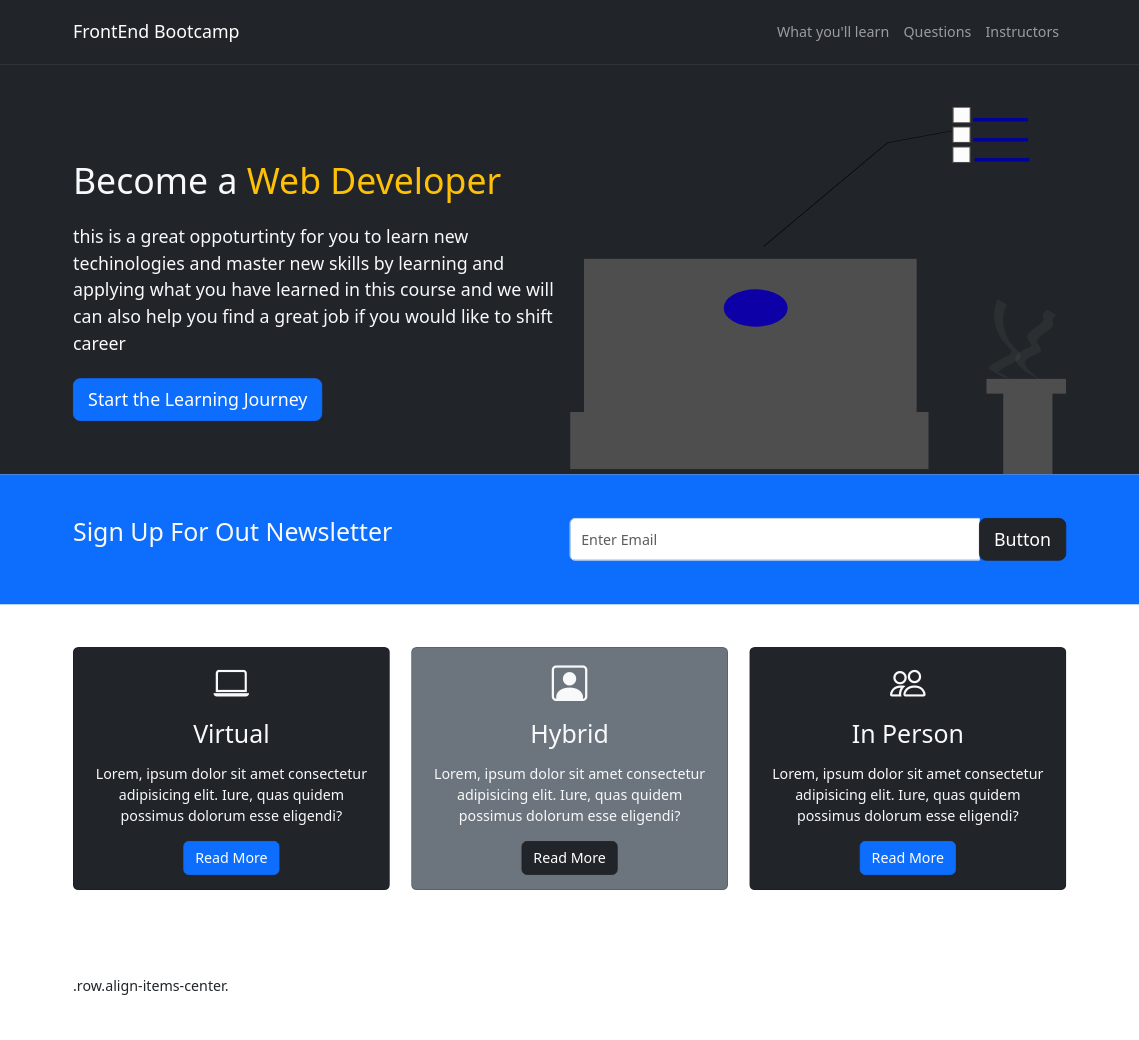
Repository: HaziimYassien/Front-End-BootCamp-__BootStrap-Project
Page: Front End BootCamp2/index.html
An editor plug-in stored every save of this project. The page is shown before and after a run of saves, followed by the edit.
The browser window is 1280 px wide. The pictures show the whole page, at 89% of full size.
Some web libraries are served in a nearby version.

Above is the page before, as saved 2024-01-12 03:39:47.

### Front End BootCamp2/index.html
<!DOCTYPE html>
<html lang="en">
  <head>
    <meta charset="utf-8" />
    <meta name="viewport" content="width=device-width, initial-scale=1" />
    <title>Frontend Bootcamp</title>
    <link
      href="https://cdn.jsdelivr.net/npm/bootstrap@5.3.2/dist/css/bootstrap.min.css"
      rel="stylesheet"
      integrity="sha384-T3c6CoIi6uLrA9TneNEoa7RxnatzjcDSCmG1MXxSR1GAsXEV/Dwwykc2MPK8M2HN"
      crossorigin="anonymous"
    />
    <link
      rel="stylesheet"
      href="https://cdn.jsdelivr.net/npm/bootstrap-icons@1.3.0/font/bootstrap-icons.css"
    />
    <link rel="stylesheet" href="style.css" />
  </head>
  <body>
    <!-- START _NavigationBar -->
    <nav class="navbar navbar-expand-lg bg-dark navbar-dark py-3">
      <div class="container">
        <a href="#" class="navbar-brand">FrontEnd Bootcamp</a>
        <button
          class="navbar-toggler"
          type="button"
          data-bs-toggle="collapse"
          data-bs-target="#navmenu"
        >
          <span class="navbar-toggler-icon"></span>
        </button>
        <div class="collapse navbar-collapse" id="navmenu">
          <ul class="navbar-nav ms-auto">
            <li class="nav-item">
              <a href="#learn" class="nav-link">What you'll learn</a>
            </li>
            <li class="nav-item">
              <a href="#questions" class="nav-link">Questions</a>
            </li>
            <li class="nav-item">
              <a href="#instructors" class="nav-link">Instructors</a>
            </li>
          </ul>
        </div>
      </div>
    </nav>
    <!-- END _NavigationBar -->

    <!-- START _ShowCase -->
    <section
      class="bg-dark text-light p-5 p-lg-0 pt-lg-5 text-center text-sm-start"
    >
      <div class="container">
        <div class="d-sm-flex align-items-center justify-content-between">
          <div>
            <h1>Become a <span class="text-warning"> Web Developer</span></h1>
            <p class="lead my-4">
              this is a great oppoturtinty for you to learn new techinologies
              and master new skills by learning and applying what you have
              learned in this course and we will can also help you find a great
              job if you would like to shift career
            </p>
            <button class="btn btn-primary btn-lg">
              Start the Learning Journey
            </button>
          </div>
          <img
            class="img-fluid w-50 h-50 d-none d-sm-block"
            src="img/FirstImage_BootCampProject.svg"
            alt=""
          />
        </div>
      </div>
    </section>
    <!-- END _ShowCase -->

    <!-- START _NewsLetter -->
    <section class="bg-primary text-light p-5">
      <div class="container">
        <div class="d-md-flex justify-content-between align-items-center">
          <h3 class="mb-3 md-md-0">Sign Up For Out Newsletter</h3>
          <div class="input-group news-input">
            <input type="text" class="form-control" placeholder="Enter Email" />
            <div class="input-group-append">
              <button class="btn btn-dark btn-lg" type="button">Button</button>
            </div>
          </div>
        </div>
      </div>
    </section>
    <!-- END _NewsLetter -->

    <!-- START _Boxes -->
    <section class="p-5">
      <div class="container">
        <div class="row text-center g-4">
          <div class="col-md">
            <div class="card bg-dark text-light">
              <div class="card-body text-center">
                <div class="h1 mb-3">
                  <i class="bi bi-laptop"></i>
                </div>
                <h3 class="card-title mb-3">Virtual</h3>
                <p class="card-text">
                  Lorem, ipsum dolor sit amet consectetur adipisicing elit.
                  Iure, quas quidem possimus dolorum esse eligendi?
                </p>
                <a href="#" class="btn btn-primary">Read More</a>
              </div>
            </div>
          </div>
          <div class="col-md">
            <div class="card bg-secondary text-light">
              <div class="card-body text-center">
                <div class="h1 mb-3">
                  <i class="bi bi-person-square"></i>
                </div>
                <h3 class="card-title mb-3">Hybrid</h3>
                <p class="card-text">
                  Lorem, ipsum dolor sit amet consectetur adipisicing elit.
                  Iure, quas quidem possimus dolorum esse eligendi?
                </p>
                <a href="#" class="btn btn-dark">Read More</a>
              </div>
            </div>
          </div>
          <div class="col-md">
            <div class="card bg-dark text-light">
              <div class="card-body text-center">
                <div class="h1 mb-3">
                  <i class="bi bi-people"></i>
                </div>
                <h3 class="card-title mb-3">In Person</h3>
                <p class="card-text">
                  Lorem, ipsum dolor sit amet consectetur adipisicing elit.
                  Iure, quas quidem possimus dolorum esse eligendi?
                </p>
                <a href="#" class="btn btn-primary">Read More</a>
              </div>
            </div>
          </div>
        </div>
      </div>
    </section>
    <!-- END _Boxes -->

    <!-- START _LearnSection -->
    <section id="learn" class="p-5">
      <div class="container">
        .row.align-items-center.
      </div>
    </section>
    <script
      src="https://cdn.jsdelivr.net/npm/bootstrap@5.3.2/dist/js/bootstrap.bundle.min.js"
      integrity="sha384-C6RzsynM9kWDrMNeT87bh95OGNyZPhcTNXj1NW7RuBCsyN/o0jlpcV8Qyq46cDfL"
      crossorigin="anonymous"
    ></script>
  </body>
</html>

### Front End BootCamp2/style.css
@media(min-width: 768px){
    .news-input{
        width: 50%;
    }
}

After the next 2 saves:
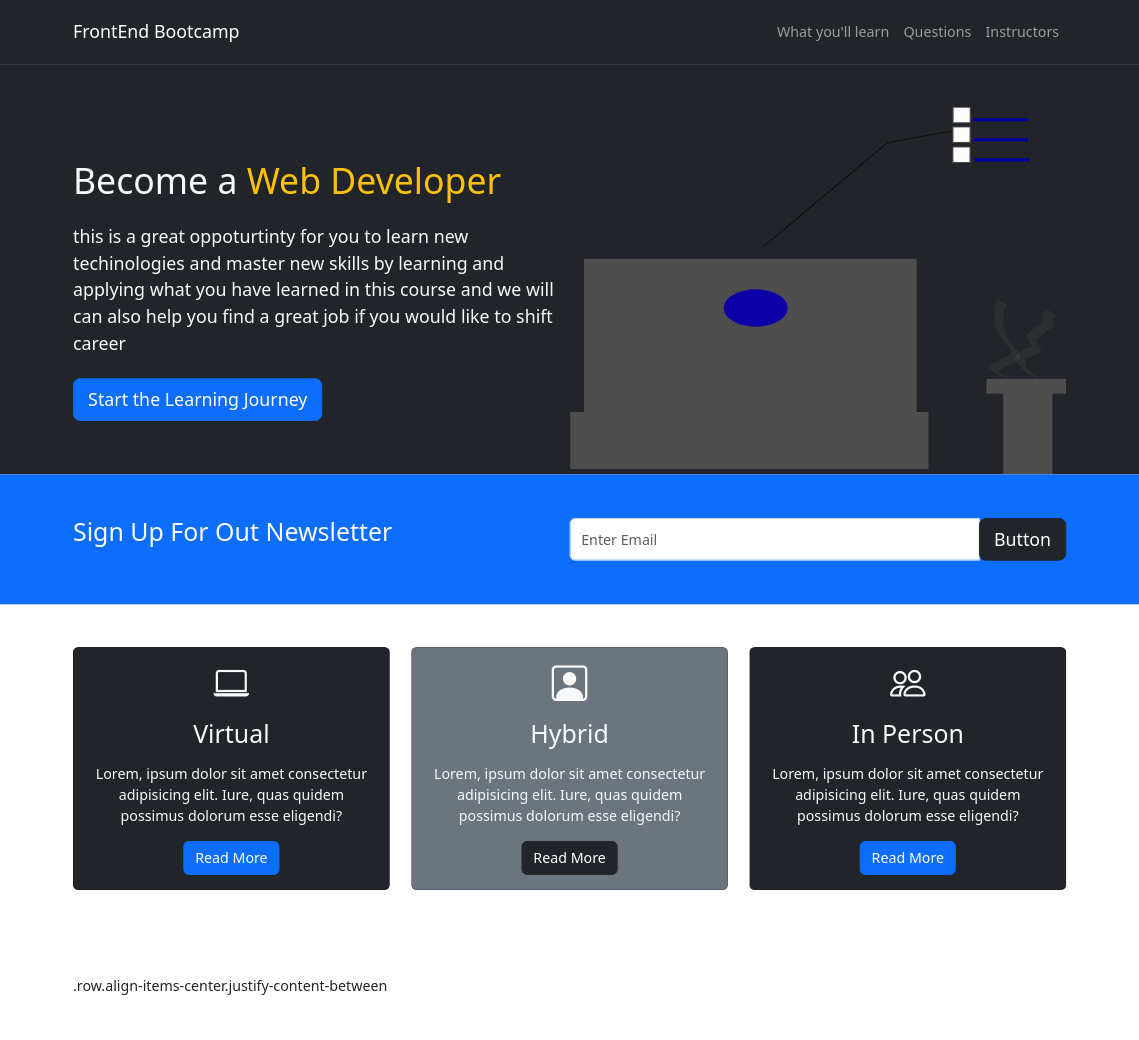
The 2 saves are shown as one change because they came seconds apart.
The last was saved 9 s later.
--- a/Front End BootCamp2/index.html
+++ b/Front End BootCamp2/index.html
@@ -147,7 +147,7 @@
     <!-- START _LearnSection -->
     <section id="learn" class="p-5">
       <div class="container">
-        .row.align-items-center.
+        .row.align-items-center.justify-content-between
       </div>
     </section>
     <script
